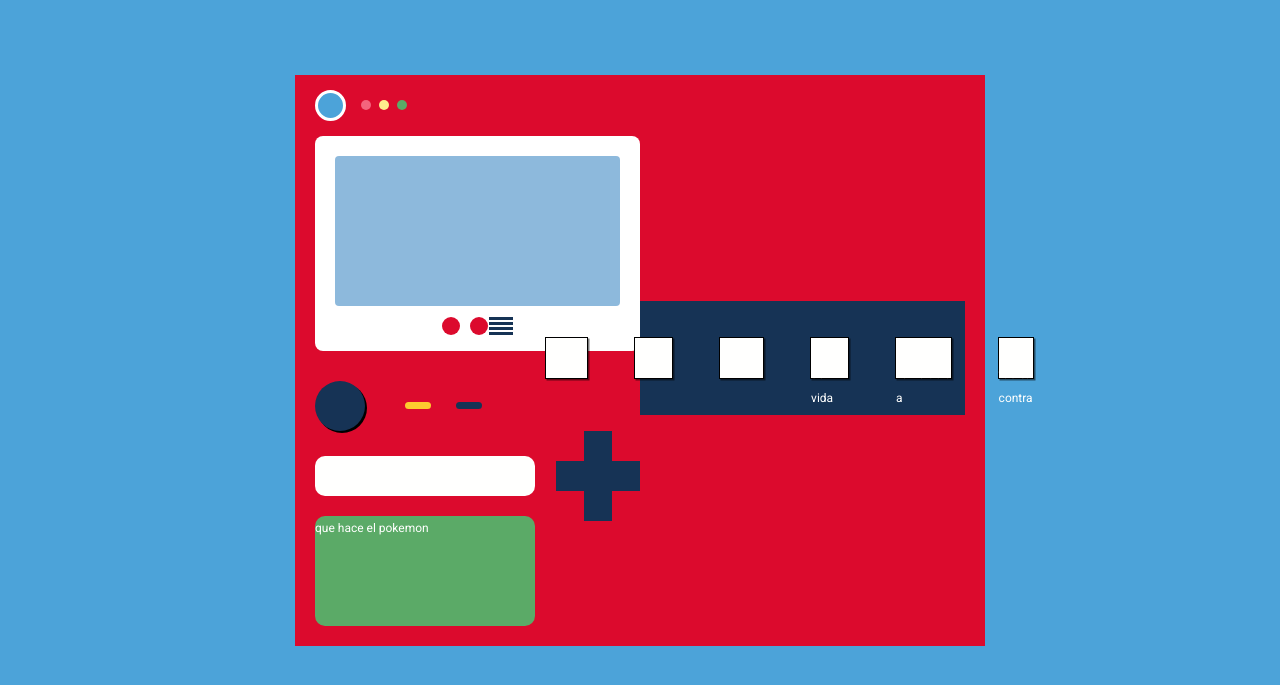
Repository: darkmantiz2/pokedex
Page: index.html
An editor plug-in stored every save of this project. The page is shown before and after the next save, followed by the edit.
The browser window is 1280 px wide. The pictures show the whole page.
The page's requests for data from a server got no answer.

Above is the page before, as saved 2022-01-26 12:57:23.

After the next save:
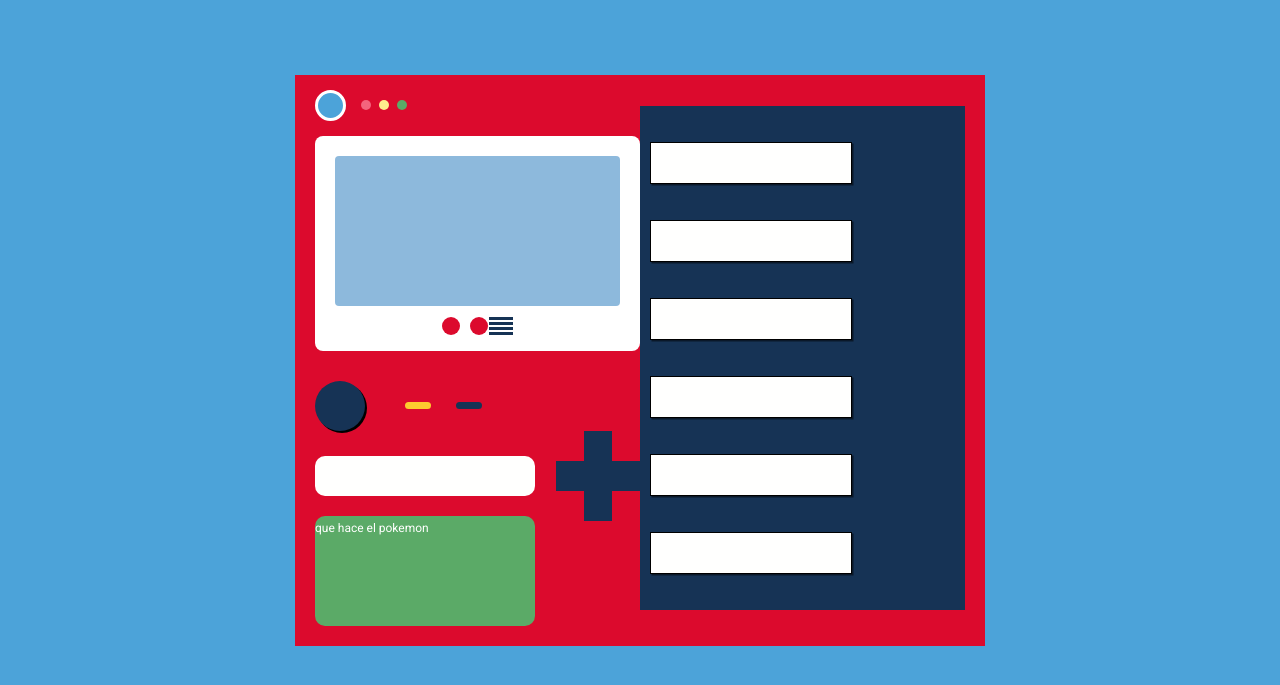
Saved 40 s later.
--- a/css/index.css
+++ b/css/index.css
@@ -239,8 +239,8 @@
 
 .pokedex-stats{
   background-color: var(--secondary);
-  display: flex;
-  justify-content: center;
+
+  align-items: center;
 }
 
 .stats-case{
